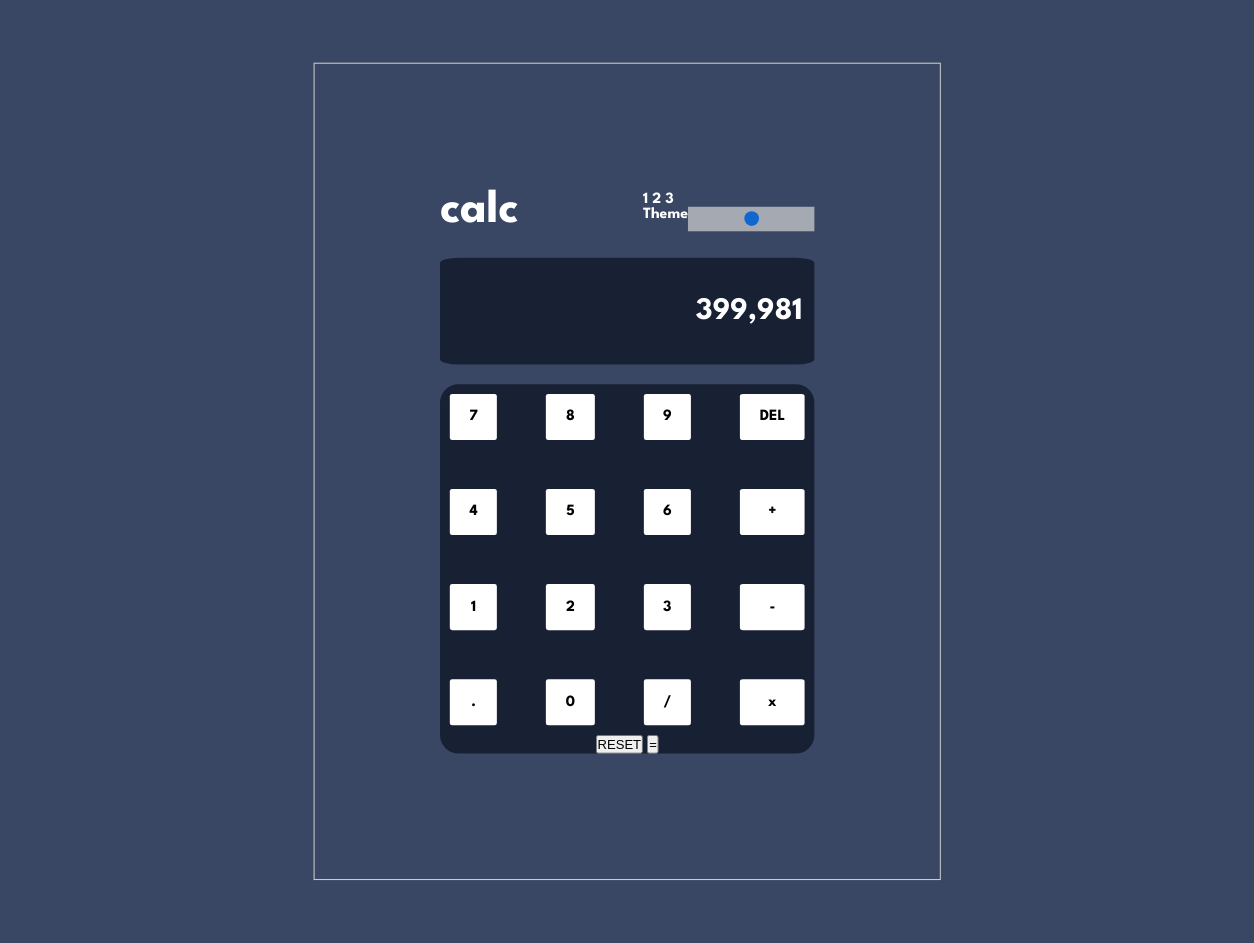
Repository: DevLaukey/calc-with-css-js
Page: index.html
An editor plug-in stored every save of this project. The page is shown before and after the next save, followed by the edit.
The browser window is 1280 px wide. The pictures show the whole page, at 98% of full size.

Above is the page before, as saved 2022-05-18 13:16:47.

### index.html
<!DOCTYPE html>
<html lang="en">
  <head>
    <meta charset="UTF-8" />
    <meta http-equiv="X-UA-Compatible" content="IE=edge" />
    <meta name="viewport" content="width=device-width, initial-scale=1.0" />
    <title>Calculator</title>
    <link rel="stylesheet" href="./styles.css" />
    <link rel="preconnect" href="https://fonts.googleapis.com" />
    <link rel="preconnect" href="https://fonts.gstatic.com" crossorigin />
    <link
      href="https://fonts.googleapis.com/css2?family=League+Spartan:wght@700&display=swap"
      rel="stylesheet"
    />
  </head>
  <body>
    <div class="body">
      <header class="calculator__header">
        <div>
          <p class="calculator__name text">calc</p>
        </div>
        <div class="calculator__slider">
          <div class="text">
            <p class="calculator__smallText">1 2 3</p>
            <div class="calculator__block">
              <p class="calculator__smallText">Theme</p>
              <input
                class="slider"
                type="range"
                min="1"
                max="3"
                name=""
                id=""
              />
            </div>
          </div>
        </div>
      </header>
      <div class="calculator__display">
        <p class="text calculator__solution">399,981</p>
      </div>
      <div class="calculator__input">
        <div class="calculator__row">
          <p class="calculator__button seven">7</p>
          <p class="calculator__button eight">8</p>
          <p class="calculator__button nine">9</p>
          <p class="calculator__button del">DEL</p>
          <p class="calculator__button four">4</p>
          <p class="calculator__button five">5</p>
          <p class="calculator__button six">6</p>
          <p class="calculator__button plus">+</p>
          <p class="calculator__button one">1</p>
          <p class="calculator__button two">2</p>
          <p class="calculator__button three">3</p>
          <p class="calculator__button minus">-</p>

          <p class="calculator__button dot">.</p>
           <p class="calculator__button minus">0</p>
          <p class="calculator__button slash">/</p>
          <p class="calculator__button multiply">x</p>

        </div>
        <div class="calculator__control">
            <button class="control reset">RESET</button>
            <button class="control equals">=</button>
          </div>
      </div>
    </div>
  </body>
</html>

### styles.css
* {
  margin: 0;
  padding: 0;
  box-sizing: border-box;
}

body {
  background-color: hsl(222, 26%, 31%);
}
.body {
  font-family: "League Spartan", sans-serif;
  /* width: 100%; */
  padding: 10%;
  margin-bottom: 5%;
  margin-top: 5%;
  margin-left: 25%;
  margin-right: 25%;
  border: 1px solid #d3d3d3;
}
.calculator__header {
  display: flex;
  width: 100%;
  justify-content: space-between;
  margin-bottom: 25px;
}
.calculator__block {
  display: flex;
}
.calculator__name {
  font-size: 3em;
  color: white;
}
.calculator__slider {
  display: flex;
  align-self: center;
}
.text {
  color: white;
}
.numbers {
  color: hsl(221, 14%, 31%);
}
.slider {
  -webkit-appearance: none;
  /* width: 100%; */
  height: 25px;
  background: #d3d3d3;
  /* outline: none; */
  opacity: 0.7;
  -webkit-transition: 0.2s;
  transition: opacity 0.2s;
}

.slider:hover {
  opacity: 1;
}
.slider::-webkit-slider-thumb {
  /* -webkit-appearance: none; */
  /* appearance: none; */
  width: 25px;
  height: 25px;
  background: #04aa6d;
  cursor: pointer;
}

.slider::-moz-range-thumb {
  width: 25px;
  height: 25px;
  background: #04aa6d;
  cursor: pointer;
}

.calculator__display {
  background-color: hsl(224, 36%, 15%);
  display: flex;
  flex-direction: row-reverse;
  border-radius: 5%;
  padding: 2.5em 0.75rem 2.5em 0.75em;
  margin-bottom: 20px;
}
.calculator__solution {
  font-size: 2em;
}
.calculator__input {
  background-color: hsl(224, 36%, 15%);
  border-radius: 5%;
text-align: center;
  display: flex;
  flex-direction: column;
}
.calculator__row{
    display: grid;
  gap: 50px;
  grid-template-columns: auto auto auto auto;
    padding: 10px;
    /* text-align: center; */

}
.calculator__button {
    background-color: white;
    padding: 1em 0.75rem 1em 0.75em;
    border-radius: 5%;
    box-shadow: hsl(224, 28%, 35%) 15px;
}

After the next save:
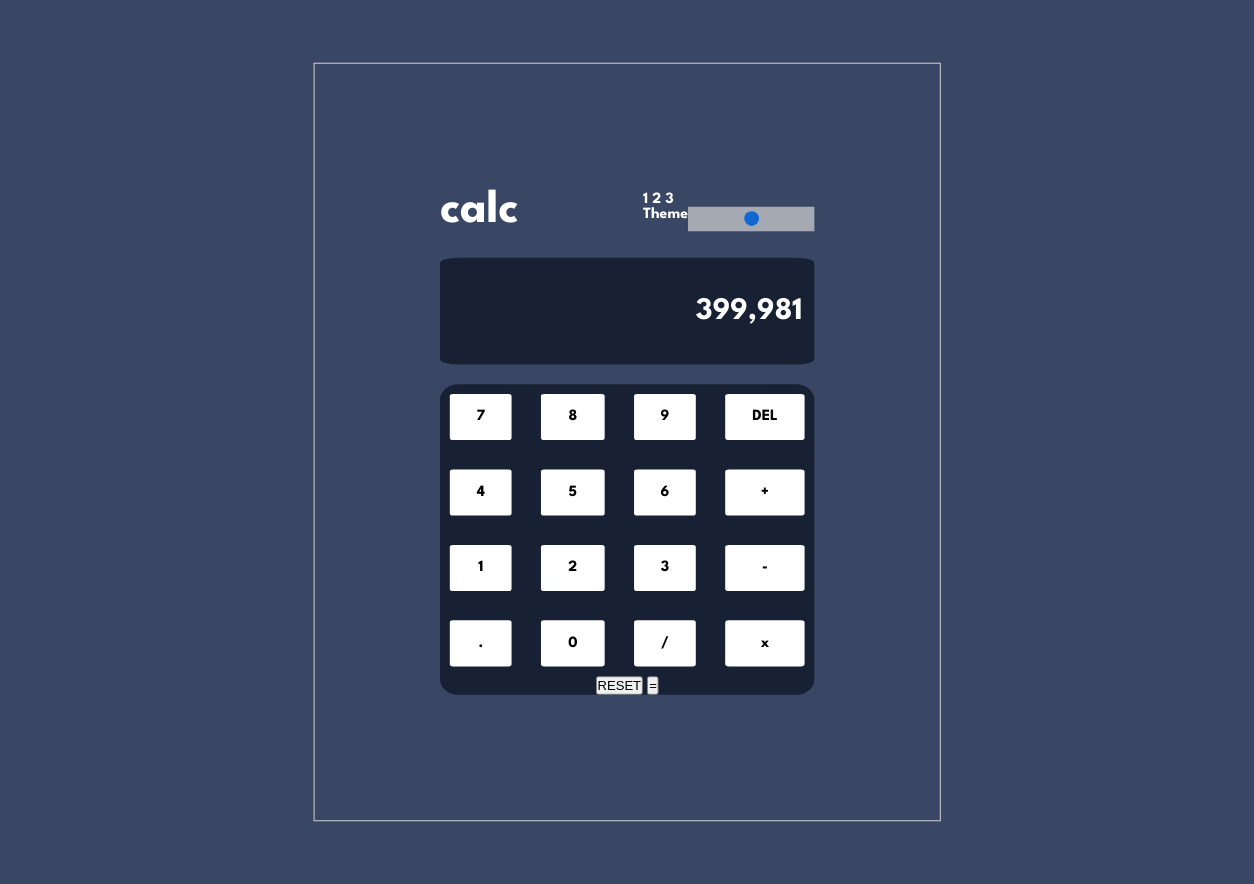
Saved 17 s later.
--- a/styles.css
+++ b/styles.css
@@ -90,7 +90,7 @@ text-align: center;
 }
 .calculator__row{
     display: grid;
-  gap: 50px;
+  gap: 30px;
   grid-template-columns: auto auto auto auto;
     padding: 10px;
     /* text-align: center; */
